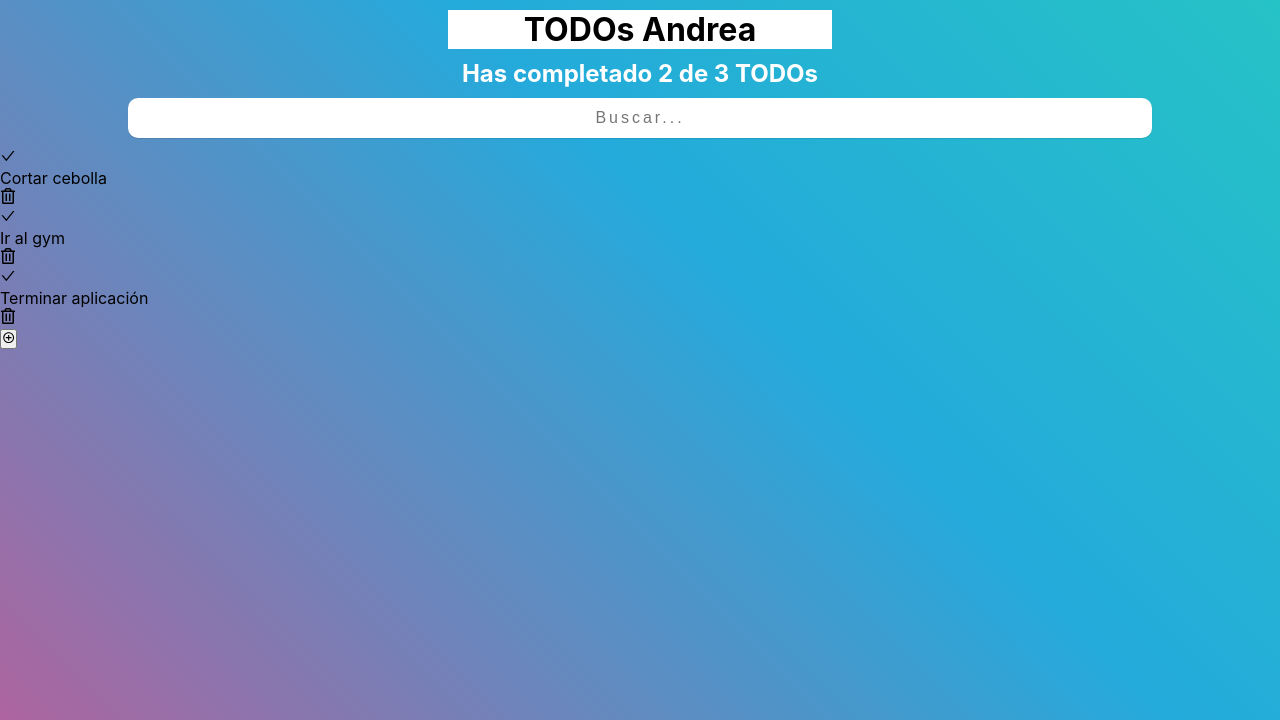
Repository: Pandrea-hub/TODOs
Page: /
These files come from the project's save history. The page is drawn as it stood at one moment and after the next save; the edit follows.
The browser window is 1280 px wide. The pictures show the whole page.
The project was rebuilt for these pictures with package versions that can differ from the ones it lists, and the page was loaded fresh each time. Also part of the build but not shown: src/TodoItem.css.

Above is the page before, as saved 2022-06-07 09:39:01.

### src/index.js
import React from 'react';
import ReactDOM from 'react-dom/client';
import './index.css';
import App from './App';


const root = ReactDOM.createRoot(document.getElementById('root'));
root.render(
  <App/>
);

### src/index.css
body {
  margin: 0;
  font-family: -apple-system, BlinkMacSystemFont, 'Segoe UI', 'Roboto', 'Oxygen',
    'Ubuntu', 'Cantarell', 'Fira Sans', 'Droid Sans', 'Helvetica Neue',
    sans-serif;
  -webkit-font-smoothing: antialiased;
  -moz-osx-font-smoothing: grayscale;
}

code {
  font-family: source-code-pro, Menlo, Monaco, Consolas, 'Courier New',
    monospace;
}

#root{
  width: 100%;
  height: 100%;
  position: absolute;
  background: linear-gradient(45deg,#F17C58, #E94584, #24AADB , #27DBB1,#FFDC18, #FF3706);
  background-size: 600% 100%;
  animation: gradient 16s linear infinite;
  animation-direction: alternate;
}

@keyframes gradient {
  0% {background-position: 0%}
  100% {background-position: 100%}
}

### src/App.js
import './App.css';
import React from 'react';
import { TodoCounter } from './TodoCounter';
import { TodoItem } from './TodoItem';
import { CreateTodoButton } from './CreateTodoButton';
import { TodoList } from './TodoList';
import { TodoSearch } from './TodoSearch';


const todos = [
  {text: 'Cortar cebolla',completed: false},
  {text: 'Ir al gym',completed: false},
  {text: 'Terminar aplicación',completed: false},
]


function App() {
  return (
    <React.Fragment>
      <TodoCounter />
      <TodoSearch />


      <TodoList>
        {todos.map(todo =>(
          <TodoItem key={todo.text} text={todo.text} completed={todo.completed}/>
        ))}
      </TodoList>
      <CreateTodoButton />
    </React.Fragment>

  );
}

export default App;

### src/App.css
*{
  margin: 0;
  padding: 0;
  box-sizing: border-box;
}

.App {
  text-align: center;
}


.App-logo {
  height: 40vmin;
  pointer-events: none;
}

@media (prefers-reduced-motion: no-preference) {
  .App-logo {
    animation: App-logo-spin infinite 20s linear;
  }
}

.App-header {
  background-color: #282c34;
  min-height: 100vh;
  display: flex;
  flex-direction: column;
  align-items: center;
  justify-content: center;
  font-size: calc(10px + 2vmin);
  color: white;
}

.App-link {
  color: #61dafb;
}

@keyframes App-logo-spin {
  from {
    transform: rotate(0deg);
  }
  to {
    transform: rotate(360deg);
  }
}

### src/TodoCounter.js
import React from 'react';
import './TodoCounter.css';

function TodoCounter(){
    return (
        <div className='title'>
            <h1>TODOs Andrea</h1>
            <h2 className='TodoCounter'>Has completado 2 de 3 TODOs</h2>
        </div>
    );
}

export { TodoCounter };

### src/TodoItem.js
import React from 'react';
import './TodoItem.css';
import {AiOutlineCheck} from 'react-icons/ai';
import {FaRegTrashAlt} from 'react-icons/fa';

function TodoItem(props){
    return (
        <li className='TodoItem'>
            <span className={`Icon Icon-check ${props.completed && 'Icon-check--activate' }`}>
                <AiOutlineCheck />
            </span>
            <p className={`TodoItem-p ${props.completed && 'TodoItem-p--complete'}`}>
                {props.text}
            </p>
            <span className='Icon Icon-delete'>
               <FaRegTrashAlt />
            </span>
        </li>
    );

}

export {TodoItem};

### src/CreateTodoButton.js
import React from 'react';
import {IoMdAddCircleOutline} from 'react-icons/io';

function CreateTodoButton(props){
    return(
        <button>
            <IoMdAddCircleOutline />
        </button>
    );
}

export {CreateTodoButton};

### src/TodoList.js
import React from "react";


function TodoList(props){
    return(
        <section>
            <ul>
                {props.children}
            </ul>
        </section>

    );
}


export {TodoList};

### src/TodoSearch.js
import React from 'react';
import './TodoSearch.css';

function TodoSearch(){
    return(
        <input placeholder="Buscar..." />
    );
}

export { TodoSearch};

### src/TodoCounter.css
.title{
    text-align: center;
    color:white;
}

.title h1{
    color:black;
    background-color:white;
    width: 30%;
    margin: 10px auto;
}

@media screen and (max-width:800px) {
    .title h1{
        width: 50%;
    }
}

### src/TodoSearch.css
input {
    outline: none;
    width: 80%;
    height: 40px;
    margin: 10px 10%;
    text-align: center;
    letter-spacing: 3px;
    font-size: 16px;
    border-radius: 10px;
    border: none;
    box-shadow: 0 1px 1px 0 rgb(0 0 0 / 10%);
    ;
}

Loaded but not shown: public/index.html (common file)

After the next save:
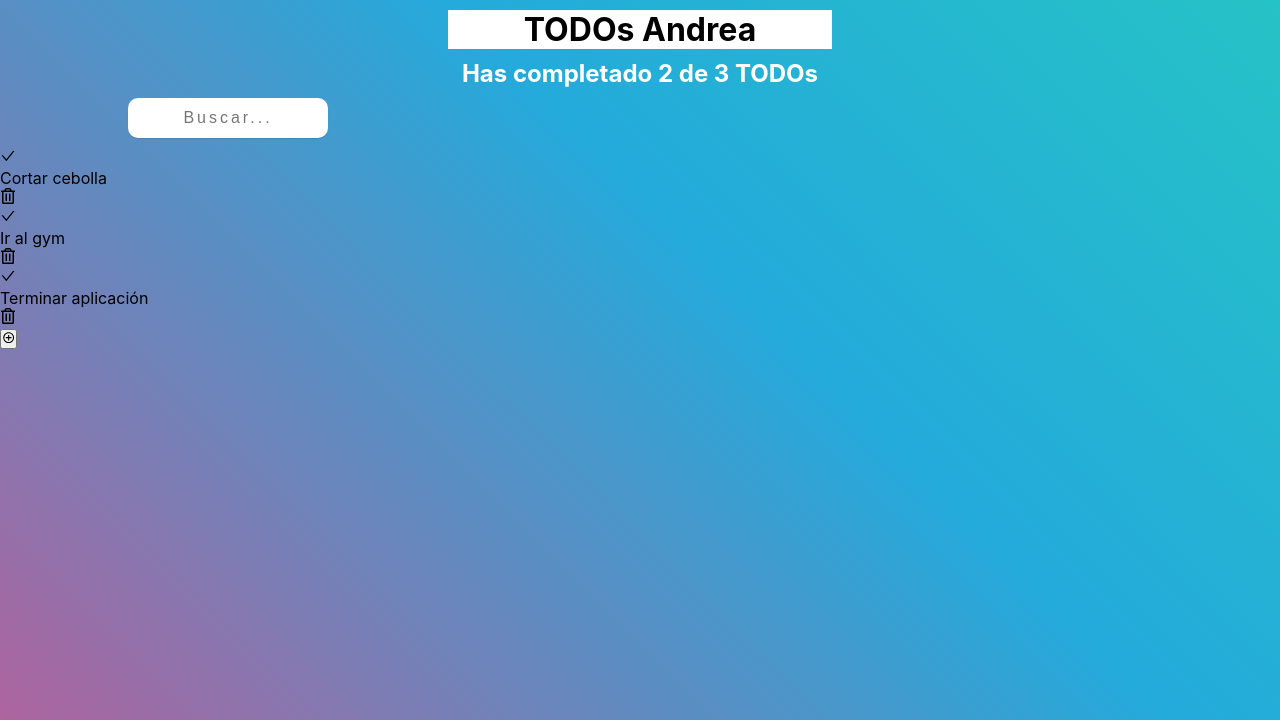
Saved 4 min 27 s later.
--- a/src/TodoSearch.css
+++ b/src/TodoSearch.css
@@ -6,8 +6,8 @@ input {
     text-align: center;
     letter-spacing: 3px;
     font-size: 16px;
+    border:none;
     border-radius: 10px;
-    border: none;
     box-shadow: 0 1px 1px 0 rgb(0 0 0 / 10%);
-    ;
+    max-width: 200px;
 }
